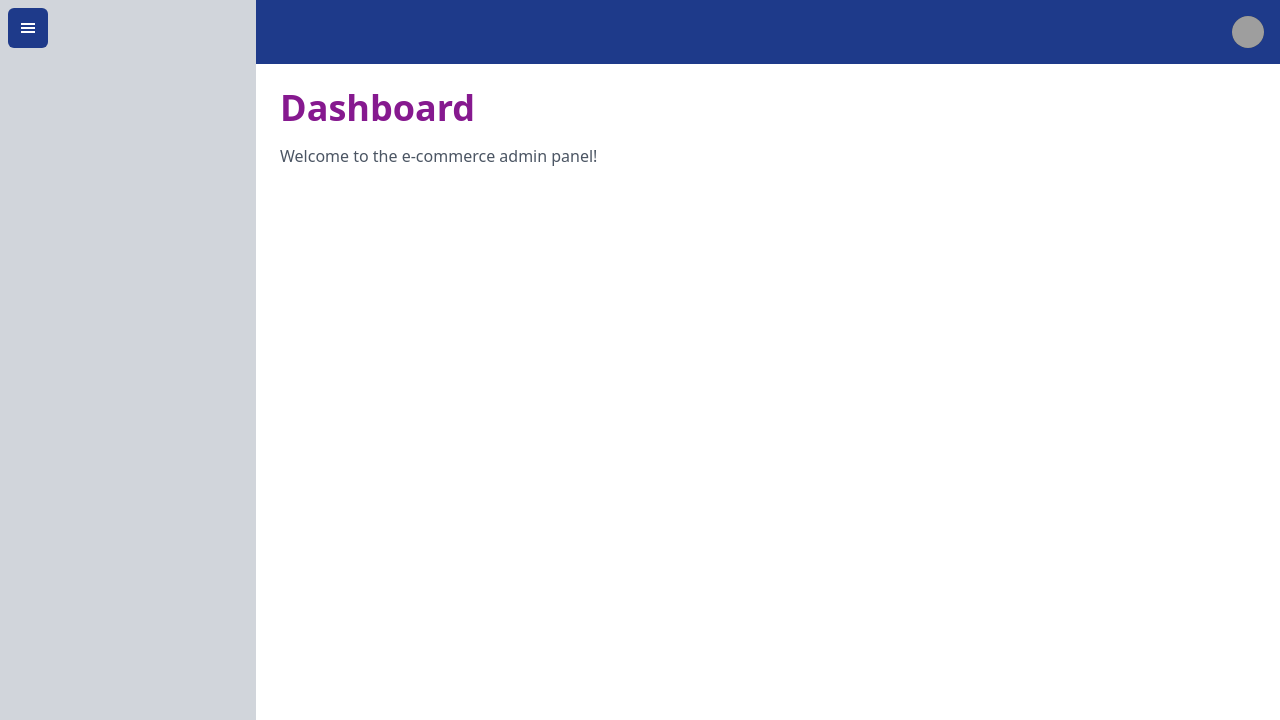
Repository: alizey12/POS-React-website
Page: /dashboard
These files come from the project's save history. The page is drawn as it stood at one moment and after the next save; the edit follows.
The browser window is 1280 px wide. The pictures show the whole page.
Pictures or frames that could not be fetched are drawn as grey boxes. The project was rebuilt for these pictures with package versions that can differ from the ones it lists, and the page was loaded fresh each time. Also part of the build but not shown: vite.config.js, src/login.jsx.

Above is the page before, as saved 2024-12-31 16:30:04.

### src/App.jsx
import { BrowserRouter as Router, Routes, Route } from 'react-router-dom';
import LoginPage from "./login"
import Dashboard from './Dashboard';

function App() {
  return (
    <Router>
      <Routes>
        <Route path="/" element={<LoginPage />} />
        <Route path="/dashboard" element={<Dashboard />} />
      </Routes>
    </Router>
  );
}

export default App;

### src/Dashboard.jsx
// import { useState } from 'react';
import Navbar from './navbar';
import Sidebar from './sidebar';

const Dashboard = () => {
  // const [isSidebarOpen, setIsSidebarOpen] = useState(true);

  // const toggleSidebar = () => {
  //   setIsSidebarOpen(!isSidebarOpen);
  // };

  return (
    <div className="h-screen  flex overflow-hidden">
      {/* Sidebar Section */}
      <div
        className={`bg-gray-300 transition-all duration-300 ${
          // isSidebarOpen ?
          'w-64'
        }`}
      >
        <Sidebar />
      </div>

      {/* Main Content Section */}
      <div className="flex-1 flex flex-col">
        <Navbar />
        <div className="p-6">
          <h1 className="text-4xl font-bold text-fuchsia-800">Dashboard</h1>
          <p className="mt-4 text-gray-600">Welcome to the e-commerce admin panel!</p>
        </div>
      </div>
    </div>
  );
};

export default Dashboard;

### src/navbar.jsx


const navbar = () => {
  return (
    <div>


<nav className="bg-blue-900 border-gray-900 dark:bg-gray-900 ">
  <div className="max-w-screen-xl flex flex-wrap items-center justify-between mx-auto p-4">


      <span className="self-center text-2xl font-semibold whitespace-nowrap text-white dark:text-white"></span>
  <div className="flex items-center md:order-2 space-x-3 md:space-x-0 rtl:space-x-reverse">
      <button type="button" className="flex text-sm bg-gray-800 rounded-full md:me-0 focus:ring-4 focus:ring-gray-300 dark:focus:ring-gray-600" id="user-menu-button" aria-expanded="false" data-dropdown-toggle="user-dropdown" data-dropdown-placement="bottom">
        <span className="sr-only">Open user menu</span>
        <img className="w-8 h-8 rounded-full" src="/docs/images/people/profile-picture-3.jpg" alt="user photo"/>
      </button>

      <div className="z-50 hidden my-4 text-base list-none bg-white divide-y divide-gray-100 rounded-lg shadow dark:bg-gray-700 dark:divide-gray-600" id="user-dropdown">
        <div className="px-4 py-3">
          <span className="block text-sm text-gray-900 dark:text-white">Bonnie Green</span>
          <span className="block text-sm  text-gray-500 truncate dark:text-gray-400">name@flowbite.com</span>
        </div>
        <ul className="py-2" aria-labelledby="user-menu-button">
          <li>
            <a href="#" className="block px-4 py-2 text-sm text-gray-700 hover:bg-gray-100 dark:hover:bg-gray-600 dark:text-gray-200 dark:hover:text-white">Dashboard</a>
          </li>
          <li>
            <a href="#" className="block px-4 py-2 text-sm text-gray-700 hover:bg-gray-100 dark:hover:bg-gray-600 dark:text-gray-200 dark:hover:text-white">Settings</a>
          </li>
          <li>
            <a href="#" className="block px-4 py-2 text-sm text-gray-700 hover:bg-gray-100 dark:hover:bg-gray-600 dark:text-gray-200 dark:hover:text-white">Earnings</a>
          </li>
          <li>
            <a href="#" className="block px-4 py-2 text-sm text-gray-700 hover:bg-gray-100 dark:hover:bg-gray-600 dark:text-gray-200 dark:hover:text-white">Sign out</a>
          </li>
        </ul>
      </div>
      <button data-collapse-toggle="navbar-user" type="button" className="inline-flex items-center p-2 w-10 h-10 justify-center text-sm text-gray-500 rounded-lg md:hidden hover:bg-gray-100 focus:outline-none focus:ring-2 focus:ring-gray-200 dark:text-gray-400 dark:hover:bg-gray-700 dark:focus:ring-gray-600" aria-controls="navbar-user" aria-expanded="false">
        <span className="sr-only">Open main menu</span>
        <svg className="w-5 h-5" aria-hidden="true" xmlns="http://www.w3.org/2000/svg" fill="none" viewBox="0 0 17 14">
            <path stroke="currentColor" strokeLinecap="round" strokeLinejoin="round" strokeWidth="2" d="M1 1h15M1 7h15M1 13h15"/>
        </svg>
    </button>
  </div>

  </div>
</nav>

    </div>
  )
}

export default navbar

### src/sidebar.jsx
import { useState } from 'react';
import { CgCloseO } from "react-icons/cg";
import { GiHamburgerMenu } from "react-icons/gi";
import { IoCloseCircle } from "react-icons/io5";
const Sidebar = () => {
  const [isOpen, setIsOpen] = useState(false);
  const [isSubMenuOpen, setIsSubMenuOpen] = useState(false);
  const toggleSidebar = () => setIsOpen(!isOpen);
  const toggleSubMenu = () => setIsSubMenuOpen(!isSubMenuOpen);

  return (
    <div className="flex">
      <button
        onClick={toggleSidebar}
        className="p-3 m-2 bg-blue-900 text-white rounded-md focus:outline-none"
      >
        {isOpen ? <IoCloseCircle /> : <GiHamburgerMenu />}
      </button>

      <aside
        className={`fixed top-0 left-0 w-64 h-screen bg-gray-800 text-white transform ${
          isOpen ? 'translate-x-0' : '-translate-x-full'
        } transition-transform duration-300`}
      >
        <div className="p-4">
        <div className="flex ">

            <CgCloseO
              onClick={toggleSidebar}
              className="w-6 h-6 justify-end cursor-pointer hover:text-red-500"
            />
          </div>
          <ul className="mt-4">
            <li className="p-2 hover:bg-gray-700 rounded-md cursor-pointer">Home</li>
            <li className="p-2 hover:bg-gray-700 rounded-md cursor-pointer">Profile</li>
            <li>
              <button
                onClick={toggleSubMenu}
                className="flex justify-between w-full p-2 hover:bg-gray-700 rounded-md"
              >
                E-commerce
                <span>{isSubMenuOpen ? '▲' : '▼'}</span>
              </button>
              <ul className={`pl-6 mt-2 ${isSubMenuOpen ? 'block' : 'hidden'}`}>
                <li className="p-2 hover:bg-gray-700 rounded-md cursor-pointer">Products</li>
                <li className="p-2 hover:bg-gray-700 rounded-md cursor-pointer">Orders</li>
                <li className="p-2 hover:bg-gray-700 rounded-md cursor-pointer">Invoices</li>
              </ul>
            </li>
            <li className="p-2 hover:bg-gray-700 rounded-md cursor-pointer">Settings</li>
          </ul>
        </div>
      </aside>
    </div>
  );
};

export default Sidebar;

Loaded but not shown: index.html (common file); src/main.jsx (common file); src/index.css (common file); tailwind.config.js (common file)

After the next save:
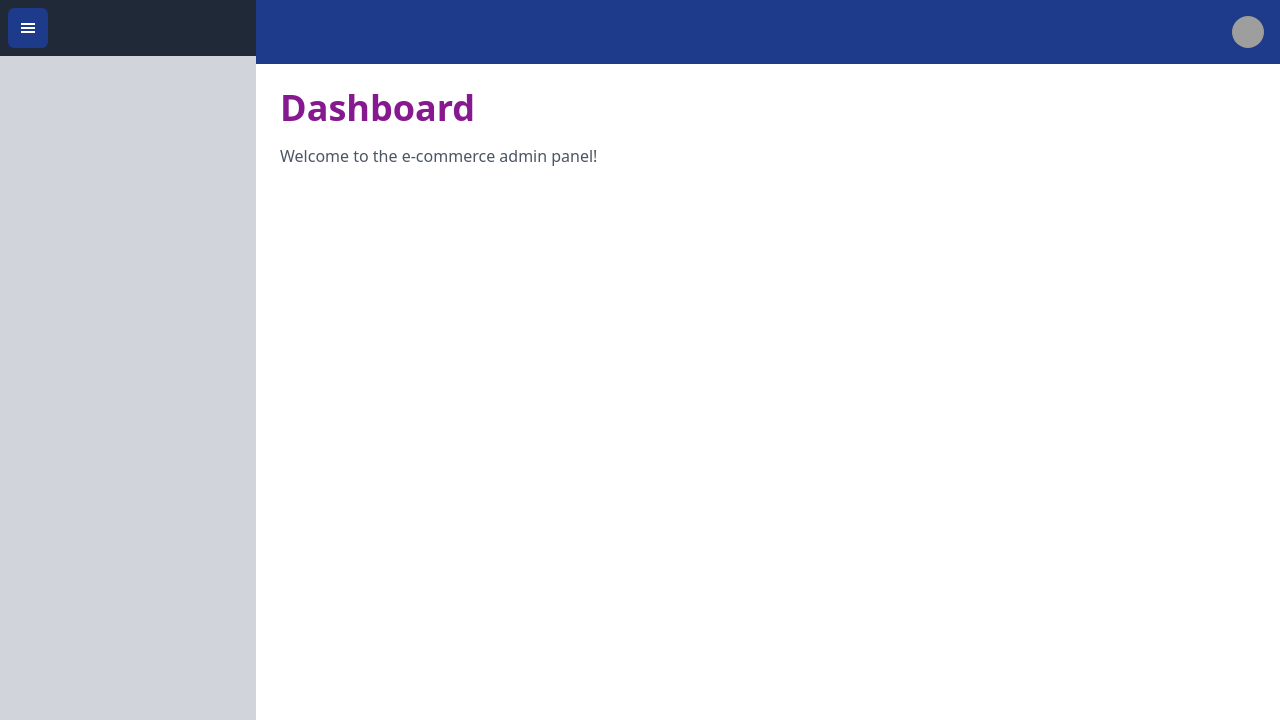
Saved 7 s later.
--- a/src/sidebar.jsx
+++ b/src/sidebar.jsx
@@ -9,7 +9,7 @@
   const toggleSubMenu = () => setIsSubMenuOpen(!isSubMenuOpen);
 
   return (
-    <div className="flex">
+    <div className="flex bg-gray-800">
       <button
         onClick={toggleSidebar}
         className="p-3 m-2 bg-blue-900 text-white rounded-md focus:outline-none"

After the save that followed:
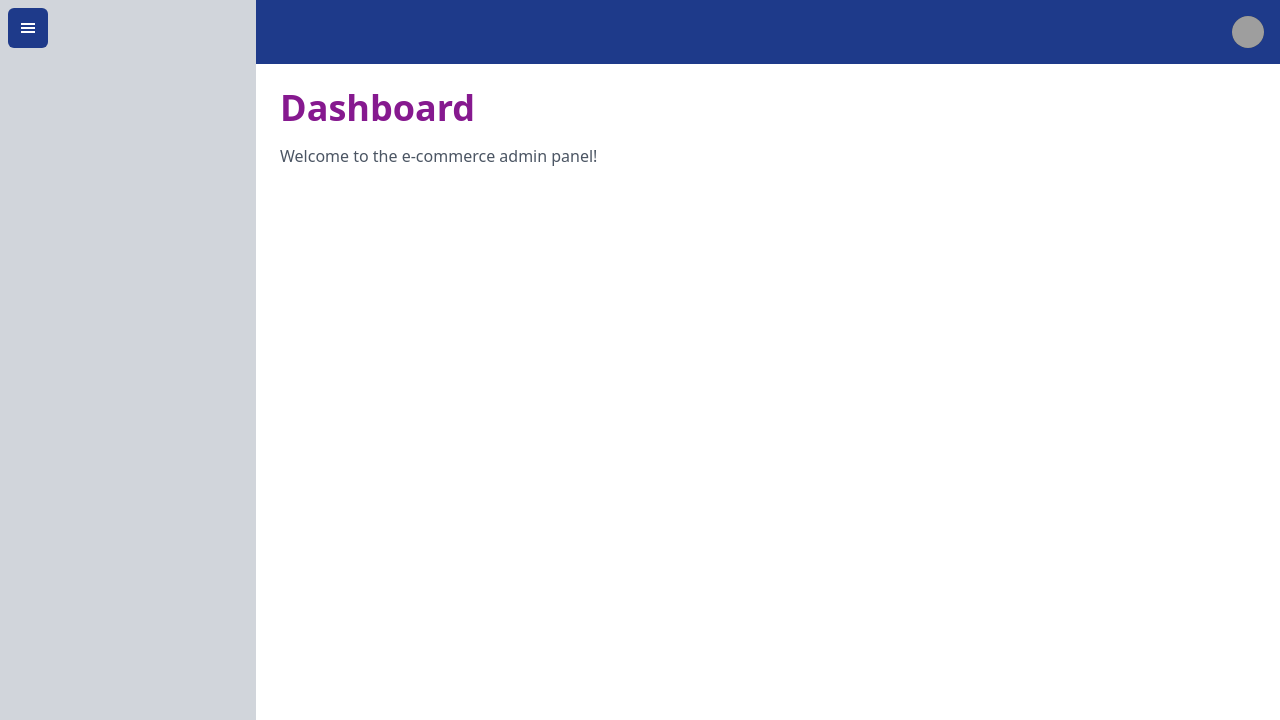
Saved 6 s later.
--- a/src/sidebar.jsx
+++ b/src/sidebar.jsx
@@ -9,7 +9,7 @@
   const toggleSubMenu = () => setIsSubMenuOpen(!isSubMenuOpen);
 
   return (
-    <div className="flex bg-gray-800">
+    <div className="flex ">
       <button
         onClick={toggleSidebar}
         className="p-3 m-2 bg-blue-900 text-white rounded-md focus:outline-none"
